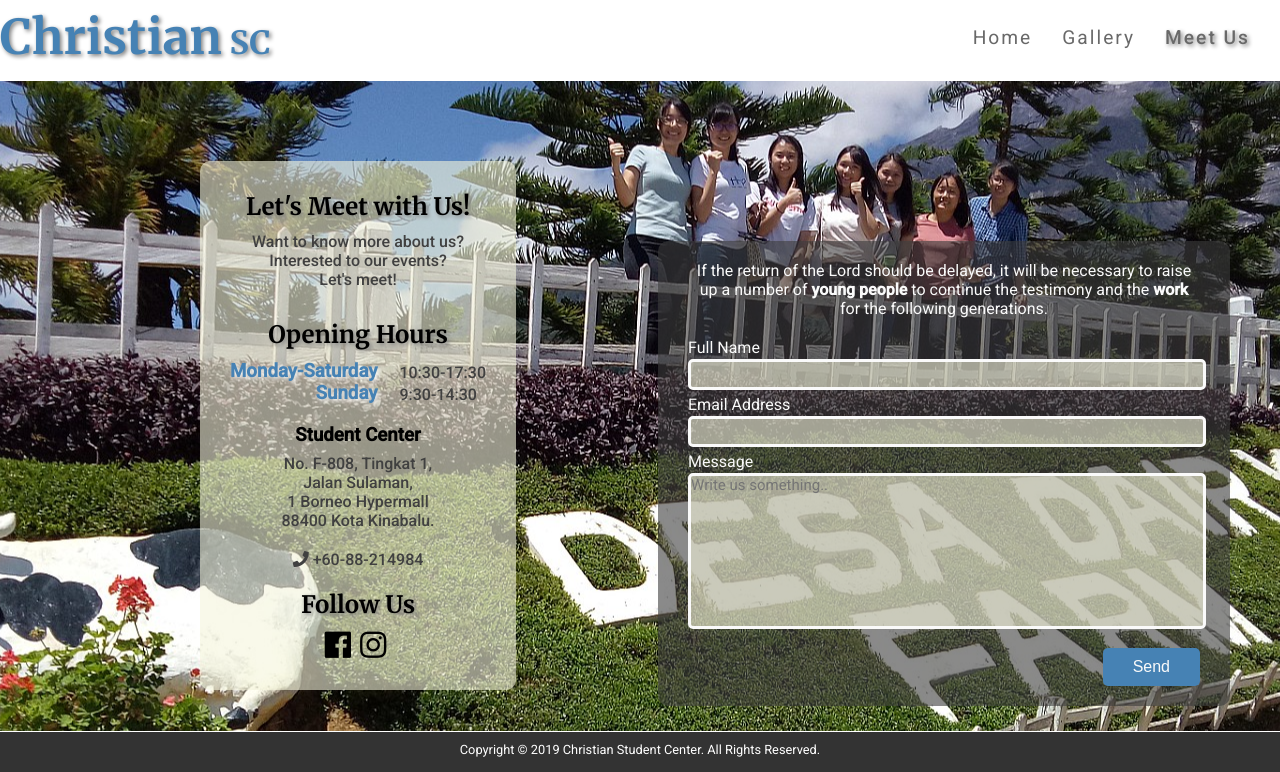
Repository: kongteckmee/christian-sc
Page: meet.html
The author's editor kept a record of every edit. The page is drawn from the files as they stood at one moment, then again after the next edit.
The browser window is 1280 px wide. The pictures show the whole page.
Some web libraries are served in a nearby version.

Above is the page before.

### meet.html
<!DOCTYPE html>
<html lang="en">

<head>
    <meta charset="UTF-8">
    <meta name="viewport" content="width=device-width, initial-scale=1.0">
    <meta http-equiv="X-UA-Compatible" content="ie=edge">
    <link rel="stylesheet" href="https://use.fontawesome.com/releases/v5.1.1/css/all.css" integrity="sha384-O8whS3fhG2OnA5Kas0Y9l3cfpmYjapjI0E4theH4iuMD+pLhbf6JI0jIMfYcK3yZ" crossorigin="anonymous">
    <link rel="stylesheet" href="assets/css/style.css" type="text/css" />
    <title>Christian Student Center</title>
</head>

<body>
    <header>
        <a id="logo" href="index.html">
            <h2><span style="font-size: 150%">Christian</span> SC</h2>
        </a>
        <nav>
            <ul id="scmenu">
                <li>
                    <a class="scactive" href="meet.html">Meet Us</a>
                </li>
                <li>
                    <a href="gallery.html">Gallery</a>
                </li>
                <li>
                    <a href="index.html">Home</a>
                </li>
            </ul>
        </nav>
    </header>
    <section id="meet">
        <div id="location">
            <div id="contact">
                <h2>Let's Meet with Us!</h2>
                <p>Want to know more about us?</p>
                <p>Interested to our events?</p>
                <p>Let's meet!</p>
            </div>
            <div id="open">
                <h2>Opening Hours</h2>
                <div id="day">
                    <h3>Monday-Saturday</h3>
                    <h3>Sunday</h3>
                </div>
                <div id="time">
                    <p>10:30-17:30</p>
                    <p>9:30-14:30</p>
                </div>
            </div>
            <div id="address">
                <h3>Student Center</h3>
                <br>
                <p>No. F-808, Tingkat 1,</p>
                <p>Jalan Sulaman,</p>
                <p>1 Borneo Hypermall</p>
                <p>88400 Kota Kinabalu.</p>
            </div>
            <div id="phone">
                <p><i class="fas fa-phone"></i> +60-88-214984</p>
            </div>
            <div id="follow">
                <h2>Follow Us</h2>
                <nav>
                    <ul id="social">
                        <li><a href="https://www.facebook.com/thechurchinkk/" target="_blank"> <i class="fab fa-facebook"></i></a></li>
                        <li><a href="https://www.instagram.com/studentcenterkk/" target="_blank"> <i class="fab fa-instagram"></i></a></li>
                    </ul>
                </nav>
            </div>
        </div>
        <div id="form">
            <form>
                <p>If the return of the Lord should be delayed, it will be necessary to raise up a number of <strong>young people</strong> to continue the testimony and the <strong>work</strong> for the following generations.</p>
                <label for="fullname">Full Name</label>
                <input class="place-input" type="text" name="full_name" id="fullname" required />
                <label for="email">Email Address</label>
                <input class="place-input" type="email" name="email_address" id="email" required />
                <label for="message">Message</label>
                <textarea class="place-input" id="message" name="message" placeholder="Write us something.." style="height:150px" required></textarea>
                <button type="submit">Send</button>
            </form>
        </div>
    </section>
    <footer>
        <div id="footer-copyright">
            <p>Copyright © 2019 Christian Student Center. All Rights Reserved.</p>
        </div>
    </footer>
</body>

</html>

### assets/css/style.css
@import url('https://fonts.googleapis.com/css?family=Merriweather:500,600,700|Roboto:300,400,500');

* {
    margin: 0;
    padding: 0;
    border: 0;
}

body {
    font-family: 'Roboto', sans-serif;
    color: #696969; /*Grey color */
}

/* ------------------------------------------------------ Header */

#logo {
    float: left;
    text-decoration: none;
}

#logo h2 {
    font-family: 'Merriweather', serif;
    font-size: 200%;
    color: #4682b4; /* Steel Blue color */
    text-shadow: 2px 2px 4px #808080;
}

#scmenu {
    font-size: 120%;
    list-style-type: none;
    letter-spacing: 2px;
}

#logo, #scmenu {
    line-height: 75px;
}

#scmenu li {
    float: right;
    margin-right: 30px;
}

#scmenu a {
    text-decoration: none;
    color: inherit;
}

#scmenu a:hover {
    color: #4682b4; /* Steel Blue color */
    font-weight: 500;
    text-shadow: 2px 2px 4px #808080;
}

.scactive {
    font-weight: 500;
    text-shadow: 2px 2px 4px #808080;
}

/* ------------------------------------------------------ Section: Welcome */

#scmeeting {
    height: 700px;
    width: 100%;
    background: url("../img/meeting-t.jpg") no-repeat center center;
}

#scgallery {
    height: 550px;
    width: 100%;
    background: url("../img/r_combined-t.jpg") no-repeat center center;
    margin-left: 140px;
    overflow: hidden;
}

#outing {
    height: 720px;
    width: 100%;
}

#photo img {
    width: 49%;
    margin-left: 4px;
}

#scmeetingrange {
    height: 700px;
    width: 100%;
    overflow: hidden;
}

#welcome-text {
    width: 400px;
    height: 220px;
    color: #fefcff; /* Milky white */
    background-color: rgba(212,175,55,.7);
    padding-top:20px;
    bottom: 35px; /* Fixed the welcome text box-bottom */
    right: 100px; /* Fixed the welcome text box-right */
    position: absolute;
}

#gallery-text {
    width: 350px;
    height: 350px;
    color: #fefcff; /* Milky white */
    background-color: rgba(219,112,147,.7);
    padding-top:20px;
    bottom: 200px;
    right: 940px;
    position: absolute;
}

#outing-text h1, #photo h1 {
    text-shadow: 2px 2px 4px #808080;
}

#video iframe {
    margin: 0 auto;
    display: block;
}

#welcome-text h1 {
    margin-bottom: 5px;
    font-size: 300%;
    font-family: 'Merriweather', serif;
    text-transform: uppercase;
    text-align: center;
    letter-spacing: 4px;
}

#gallery-text h1, #outing-text h1, #photo-text h1 {
    margin-top: 10px;
    margin-bottom: 20px;
    font-size: 250%;
    font-family: 'Merriweather', serif;
    /*text-transform: uppercase;*/
    text-align: center;
    letter-spacing: 4px;
}

hr {
    width: 80%;
    height: 3px;
    margin-left: auto;
    margin-right: auto;
    background-color:#fefcff; /* Milky white */
}

#welcome-text h3 {
    margin: 20px;
    font-size: 130%;
    font-weight: 300;
    text-align: center;
}

#gallery-text h3, #outing-text h3, #photo-text h3 {
    margin: 35px;
    font-size: 130%;
    font-weight: 300;
    text-align: center;
}

/* ------------------------------------------------------ Section: About */

#about {
    height: 500px;
}

#about h1 {
    margin-top: 30px;
    margin-bottom: 30px;
    font-family: 'Merriweather', serif;
    color: #4682b4; /* Steel Blue color */
    text-transform: uppercase;
    text-align: center;
    text-shadow: 2px 2px 4px #808080;
    font-size: 200%;
    letter-spacing: 1px;
}

#about h2 {
    font-family: 'Merriweather', serif;
    font-size: 130%;
    text-transform: uppercase;
    text-shadow: 2px 2px 4px #808080;
}

#left {
    margin-right: 30px;
    padding-top: 30px;
    width: 30%;
    float: left;
}

#right {
    margin-right: 30px;
    padding-top: 30px;
    width: 30%;
    float: right;
}

#center {
    padding-top: 30px;
    width: 33%;
    margin: 0 auto; /* center the div */
}

br {
    display: block;
    content: "";
    margin: 2em;
    font-size: 24%; /* spacing */
}

.left-right-side {
    width: 50%;
    float: right;
    padding-top: 40px;
    clear: both;
    margin-left: 20px;
    margin-bottom: 50px;
}

.middle {
    width: 50%;
    float: right;
    padding-top: 40px;
    margin-right: 20px;
}

#container {
    width: 150px;
    height: 150px;
    border: 3px solid #cccccc;
    border-radius: 50%;
    margin-left: 20px;
    margin-bottom: 20px;
}

#contain-study {
    background: url("../img/study-group.jpg") no-repeat center center;
    height: 100%;
    border-radius: 50%;
}

#contain-wifi {
    background: url("../img/free-wifi.jpg") no-repeat center center;
    height: 100%;
    border-radius: 50%;
}

#contain-seminar {
    background: url("../img/truth-seminar.jpg") no-repeat center center;
    height: 100%;
    border-radius: 50%;
}

#contain-bible {
    background: url("../img/bible-study.jpg") no-repeat center center;
    height: 100%;
    border-radius: 50%;
}

#contain-cafe {
    background: url("../img/cafe.jpg") no-repeat center center;
    height: 100%;
    border-radius: 50%;
}

#contain-books {
    background: url("../img/spiritual-book.jpg") no-repeat center center;
    height: 100%;
    border-radius: 50%;
}

/* ------------------------------------------------------ Section: Event */

#event {
    height: 250px;
    /*background-color: #a9a9a9;*/
}

#event div {
    color: #ffebcd;
    width: 19.2%;
    height: 90%;
    float: left;
    padding-top: 30px;
    text-align: center;
    margin: 5px;
}

#event h2 {
    color: #ffffff;
    font-family: 'Merriweather', serif;
    margin-bottom: 20px;
}

#event h3 {
    margin-top: 20px;
    font-weight: 400;
}

.black {
    background-color: rgba(48,48,48,.8);
}

.black h2 {
    line-height: 120px;
    text-transform: uppercase;
    text-shadow: 5px 5px 0px rgba(0,0,0,0.2);
}

.black h3 {
    color: #ffffff;
    font-size: 200%;
    text-shadow: 5px 5px 0px rgba(0,0,0,0.2);
}

.grey {
    background-color: rgba(105,105,105,.8);
}

.green {
    background-color: rgba(102,102,0,.8);
}

/* ------------------------------------------------------ Meet Us page */

#meet {
    height: 650px;
    width: 100%;
    clear: both;
    background: url("../img/desa.jpg") no-repeat center center;
}

#location {
    width: 20%;
    margin: 80px 0 0 200px;
    padding: 30px 30px 30px 30px;
    float: left;
    background-color: rgba(245,245,220,0.6);
    border-radius: 10px;
    color: #000;
    text-align: center;
}

#location h2 {
    font-family: 'Merriweather', serif;
    text-shadow: 2px 2px 4px #808080;
    margin-bottom: 10px;
}

#open {
    padding-top: 30px;
}

#day{
    float: left;
    text-align: right;
}

#day h3 {
    color: #4682b4;
    text-shadow: 2px 2px 4px #fff;
}

#time {
    float: right;
    text-align: left;
    color: #404040;
}

#time p {
    margin-top: 3px;
    font-weight: 500;
}

#address {
    clear: both;
    margin-top: 20px;
    display: inline-block;
}

#phone {
    margin-top: 20px;
}

#contact p, #address p, #phone p {
    font-weight: 500;
    color: #404040;
}

#follow {
    clear: both;
    margin-top: 20px;
}

#social li {
    display: inline;
}

#social i {
    font-size: 30px;
    margin-right: 5px;
    color: #000;
}

#social i:hover {
    color: #4682b4;
}

#form {
    width: 40%;
    margin: 160px 50px 0 0;
    padding: 20px 30px 20px 30px;
    float: right;
    background-color: rgba(60,60,60,0.6);
    border-radius: 10px;
    color: #fafafa;
}

#form p {
    text-align: center;
    margin-bottom: 20px;
}

.place-input {
    background-color: rgba(245,245,220,0.6);
    width: 100%;
    height: 25px;
    margin: 2px 0 5px 0;
    border: 3px solid #fafafa;
    border-radius: 5px;
    font-family: 'Roboto', sans-serif;
    font-size: 15px;
}

.place-input:hover {
    border-color: #4682b4;
}

textarea {
    resize: none;
}

button {
    background-color: #4682b4;
    margin-top: 10px;
    padding: 10px 30px 10px 30px;
    border-radius: 5px;
    color: #fafafa;
    font-size: 100%;
    text-align: center;
    display: block;
    float: right;
}

button:hover {
    background-color: #fafafa;
    color: #4682b4;
}

/* ------------------------------------------------------ Footer */

footer {
    /*margin-top: 5px;*/
    border-top: 1px solid #fff;
    height: 40px;
    width: 100%;
    background-color: #333333;
    clear: both;
}

footer #footer-copyright {
    color: #fff;
    line-height: 35px;
    font-size: 80%;
    text-align: center;
}

After the next edit:
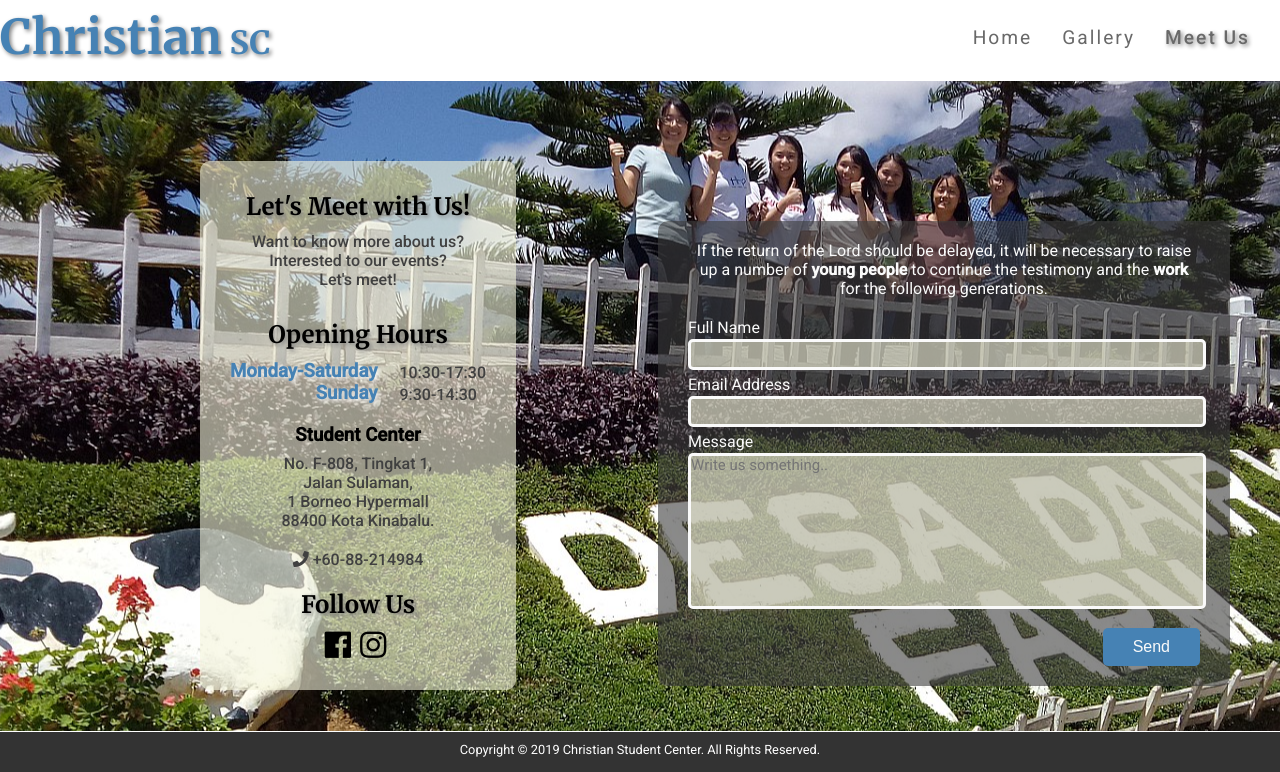
The edit:
--- a/assets/css/style.css
+++ b/assets/css/style.css
@@ -412,7 +412,7 @@
 
 #form {
     width: 40%;
-    margin: 160px 50px 0 0;
+    margin: 140px 50px 0 0;
     padding: 20px 30px 20px 30px;
     float: right;
     background-color: rgba(60,60,60,0.6);
